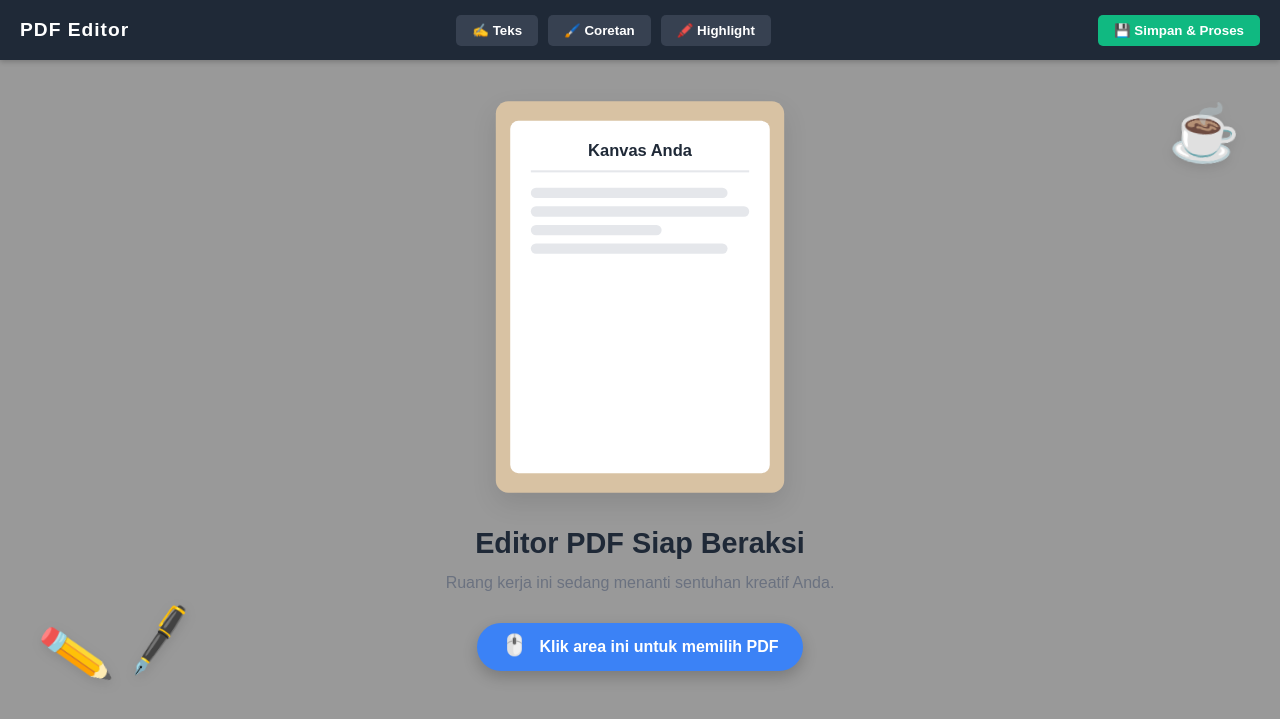
Repository: IkhsanMoekhtar/pdf_editor
Page: /
The author's editor kept a copy of each file at every save. The page is drawn from the files as they stood at one save, then again after the next save.
The browser window is 1280 px wide. The pictures show the whole page.
The pointer rests on the first visible `.empty-state.desktop-scene`.
The project was rebuilt for these pictures with package versions that can differ from the ones it lists, and the page was loaded fresh each time. Also part of the build but not shown: vite.config.js.

Above is the page before, as saved 2026-03-18 04:56:58.

After the next save:
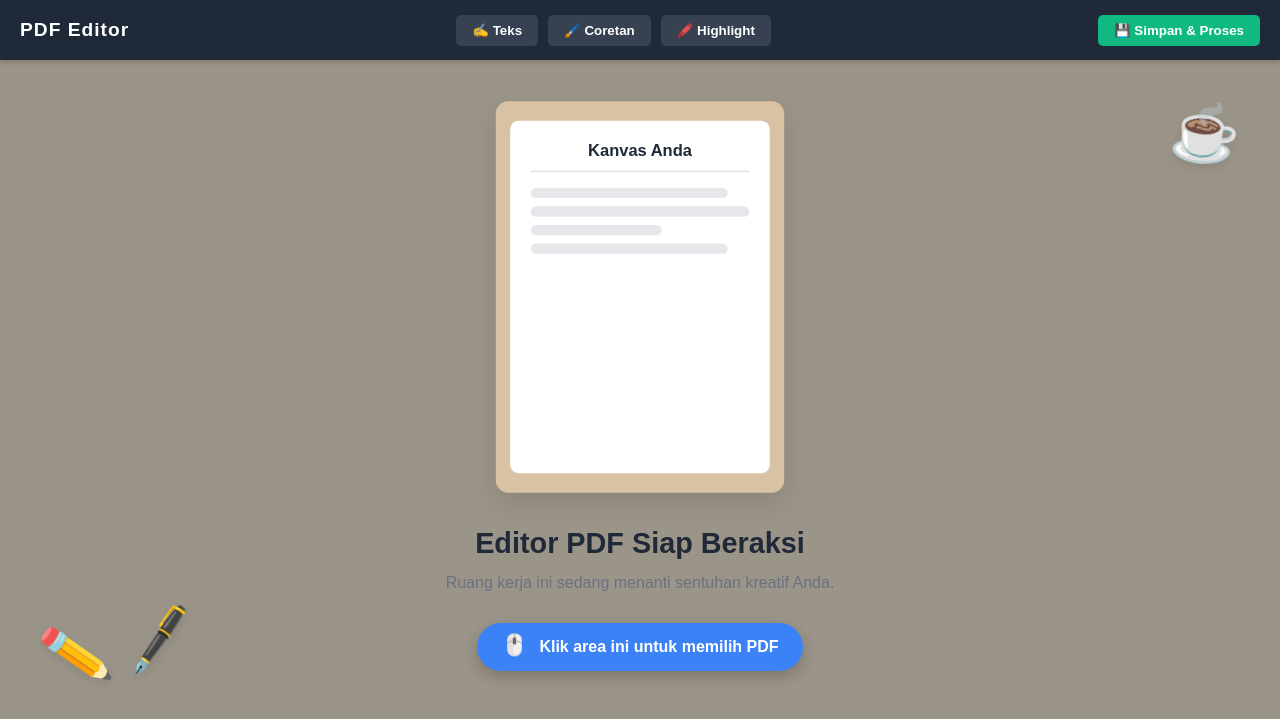
Saved 10 s later.
--- a/src/App.css
+++ b/src/App.css
@@ -74,7 +74,7 @@
 
 /* Sedikit penggelapan latar belakang saat area disorot mouse */
 .empty-state.desktop-scene:hover {
-  background-color: #999999;
+  background-color: #9b9488;
 }
 
 .clipboard {
